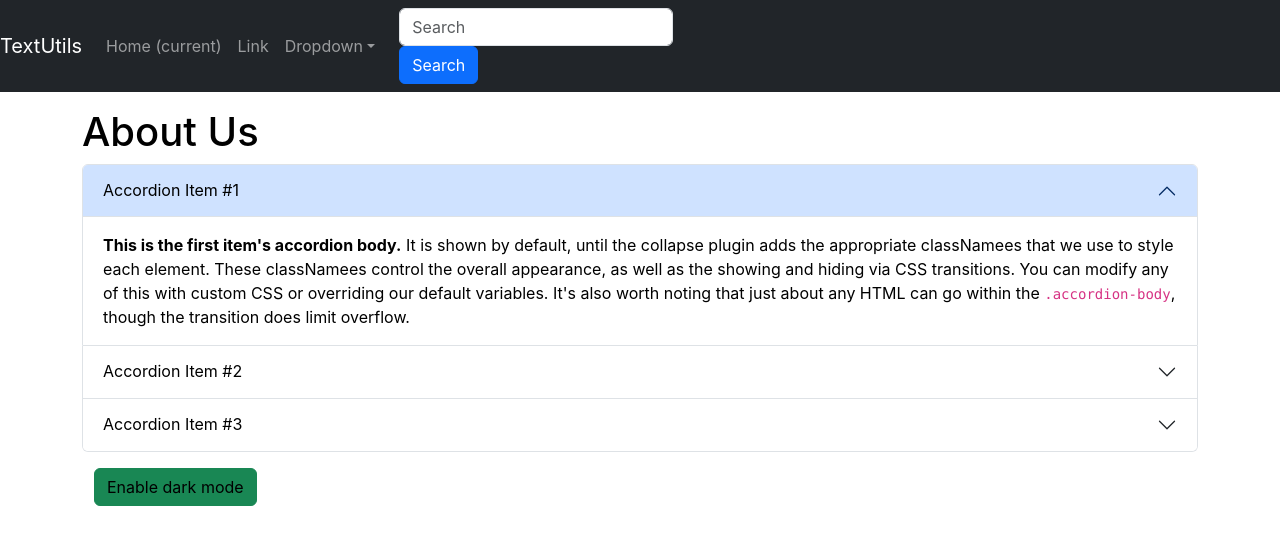
Repository: Aastha1035/React.navbar
Page: /
These files come from the project's save history. The page is drawn as it stood at one moment and after a run of saves; the edit follows.
The browser window is 1280 px wide. The pictures show the whole page.
The project was rebuilt for these pictures with package versions that can differ from the ones it lists, and the page was loaded fresh each time. Also part of the build but not shown: src/App.css.

Above is the page before, as saved 2024-07-17 17:38:13.

### public/index.html
<!DOCTYPE html>
<html lang="en">
  <head>
    <meta charset="utf-8" />
    <link rel="icon" href="%PUBLIC_URL%/favicon.ico" />
    <meta name="viewport" content="width=device-width, initial-scale=1" />
    <meta name="theme-color" content="#000000" />
    <meta
      name="description"
      content="Web site created using create-react-app"
    />
    <link rel="apple-touch-icon" href="%PUBLIC_URL%/logo192.png" />
    <!--
      manifest.json provides metadata used when your web app is installed on a
      user's mobile device or desktop. See https://developers.google.com/web/fundamentals/web-app-manifest/
    -->
    <link rel="manifest" href="%PUBLIC_URL%/manifest.json" />
    <!--
      Notice the use of %PUBLIC_URL% in the tags above.
      It will be replaced with the URL of the `public` folder during the build.
      Only files inside the `public` folder can be referenced from the HTML.

      Unlike "/favicon.ico" or "favicon.ico", "%PUBLIC_URL%/favicon.ico" will
      work correctly both with client-side routing and a non-root public URL.
      Learn how to configure a non-root public URL by running `npm run build`.
    -->
    <link href="https://cdn.jsdelivr.net/npm/bootstrap@5.3.3/dist/css/bootstrap.min.css" rel="stylesheet" integrity="sha384-QWTKZyjpPEjISv5WaRU9OFeRpok6YctnYmDr5pNlyT2bRjXh0JMhjY6hW+ALEwIH" crossorigin="anonymous">
    <title>React App</title>
  </head>
  <body>
    <noscript>You need to enable JavaScript to run this app.</noscript>
    <div id="root"></div>
    <!--
      This HTML file is a template.
      If you open it directly in the browser, you will see an empty page.

      You can add webfonts, meta tags, or analytics to this file.
      The build step will place the bundled scripts into the <body> tag.

      To begin the development, run `npm start` or `yarn start`.
      To create a production bundle, use `npm run build` or `yarn build`.
    -->
    <script src="https://cdn.jsdelivr.net/npm/bootstrap@5.3.3/dist/js/bootstrap.bundle.min.js"
    integrity="sha384-YvpcrYf0tY3lHB60NNkmXc5s9fDVZLESaAA55NDzOxhy9GkcIdslK1eN7N6jIeHz"
    crossorigin="anonymous"></script>
  </body>
</html>

### src/App.js

import './App.css';
import About from './components/About';
import Navbar from './components/Navbar';
//import Textform from './components/Textform';

function App() {
  return (
    <>
   < Navbar title="TextUtils"/>
   <div className="container my-3">
   {/*<Textform heading="Enter the text to analyse"/>*/}
   <About/>
   </div>

  </>
  );
}

export default App;

### src/components/About.js
import React, {useState} from 'react'

export default function About() {
    const [myStyle, setMyStyle] = useState({
        color: "black",
        backgroundColor: "color"
    })
  return (
    <div classNameName='container' style={myStyle}>
            <h1>About Us</h1>
        <div className="accordion" id="accordionExample" style={myStyle}>
    <div className="accordion-item">
        <h2 className="accordion-header" id="headingOne">
        <button className="accordion-button" type="button" data-bs-toggle="collapse" data-bs-target="#collapseOne" aria-expanded="true" aria-controls="collapseOne" style={myStyle}>
            Accordion Item #1
        </button>
        </h2>
        <div id="collapseOne" className="accordion-collapse collapse show" aria-labelledby="headingOne" data-bs-parent="#accordionExample">
        <div className="accordion-body" style={myStyle}>
            <strong>This is the first item's accordion body.</strong> It is shown by default, until the collapse plugin adds the appropriate classNamees that we use to style each element. These classNamees control the overall appearance, as well as the showing and hiding via CSS transitions. You can modify any of this with custom CSS or overriding our default variables. It's also worth noting that just about any HTML can go within the <code>.accordion-body</code>, though the transition does limit overflow.
        </div>
        </div>
    </div>
    <div className="accordion-item">
        <h2 className="accordion-header" id="headingTwo">
        <button className="accordion-button collapsed" type="button" data-bs-toggle="collapse" data-bs-target="#collapseTwo" aria-expanded="false" aria-controls="collapseTwo" style={myStyle}>
            Accordion Item #2
        </button>
        </h2>
        <div id="collapseTwo" className="accordion-collapse collapse" aria-labelledby="headingTwo" data-bs-parent="#accordionExample">
        <div className="accordion-body">
            <strong>This is the second item's accordion body.</strong> It is hidden by default, until the collapse plugin adds the appropriate classNamees that we use to style each element. These classNamees control the overall appearance, as well as the showing and hiding via CSS transitions. You can modify any of this with custom CSS or overriding our default variables. It's also worth noting that just about any HTML can go within the <code>.accordion-body</code>, though the transition does limit overflow.
        </div>
        </div>
    </div>
    <div className="accordion-item">
        <h2 className="accordion-header" id="headingThree">
        <button className="accordion-button collapsed" type="button" data-bs-toggle="collapse" data-bs-target="#collapseThree" aria-expanded="false" aria-controls="collapseThree" style={myStyle}>
            Accordion Item #3
        </button>
        </h2>
        <div id="collapseThree" className="accordion-collapse collapse" aria-labelledby="headingThree" data-bs-parent="#accordionExample">
        <div className="accordion-body" style={myStyle}>
            <strong>This is the third item's accordion body.</strong> It is hidden by default, until the collapse plugin adds the appropriate classNamees that we use to style each element. These classNamees control the overall appearance, as well as the showing and hiding via CSS transitions. You can modify any of this with custom CSS or overriding our default variables. It's also worth noting that just about any HTML can go within the <code>.accordion-body</code>, though the transition does limit overflow.
        </div>
        </div>
    </div>
</div>
    <div className="container my-3">
        <button type="button" className="btn btn-success" style={myStyle}>Enable dark mode</button>
    </div>
    </div>
  )
}

### src/components/Navbar.js
import React from 'react'

export default function Navbar(props) {
  return (
    <nav className="navbar navbar-expand-lg navbar-dark bg-dark">
  <a className="navbar-brand" href="#">{props.title}</a>
  <button className="navbar-toggler" type="button" data-toggle="collapse" data-target="#navbarSupportedContent" aria-controls="navbarSupportedContent" aria-expanded="false" aria-label="Toggle navigation">
    <span className="navbar-toggler-icon"></span>
  </button>

  <div className="collapse navbar-collapse" id="navbarSupportedContent">
    <ul className="navbar-nav mr-auto">
      <li className="nav-item active">
        <a className="nav-link" href="#">Home <span className="sr-only">(current)</span></a>
      </li>
      <li className="nav-item">
        <a className="nav-link" href="#">Link</a>
      </li>
      <li className="nav-item dropdown">
        <a className="nav-link dropdown-toggle" href="#" id="navbarDropdown" role="button" data-toggle="dropdown" aria-haspopup="true" aria-expanded="false">
          Dropdown
        </a>
        <div className="dropdown-menu" aria-labelledby="navbarDropdown">
          <a className="dropdown-item" href="#">Action</a>
          <a className="dropdown-item" href="#">Another action</a>
          <div className="dropdown-divider"></div>
          <a className="dropdown-item" href="#">Something else here</a>
        </div>
      </li>
      <li className="nav-item">
        <a className="nav-link disabled" href="#">{props.aboutText}</a>
      </li>
    </ul>
    <form className="form-inline my-2 my-lg-0">
      <input className="form-control mr-sm-5" type="search" placeholder="Search" aria-label="Search"/>
      <button className="btn btn-primary my-2 my-sm-0" type="submit">Search</button>
    </form>
  </div>
</nav>
  )
}

Loaded but not shown: src/index.js (common file); src/index.css (common file); src/reportWebVitals.js (common file)

After the next 2 saves:
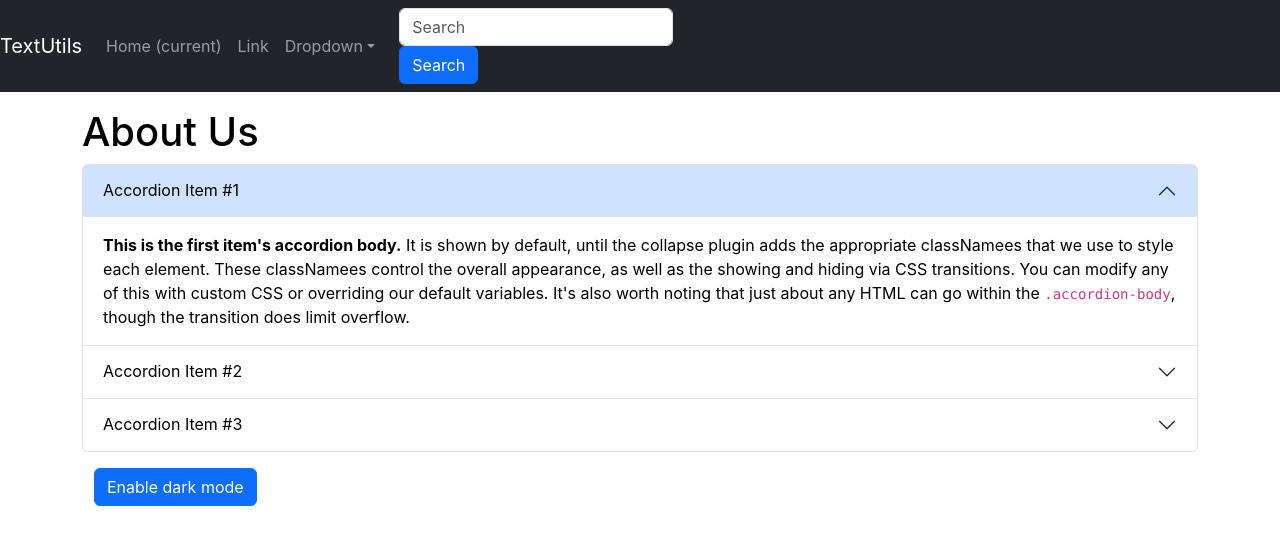
The 2 saves are shown as one change because 1 did not build or start.
The last was saved 11 min 34 s later.
--- a/src/components/About.js
+++ b/src/components/About.js
@@ -5,6 +5,22 @@ export default function About() {
         color: "black",
         backgroundColor: "color"
     })
+    const
+
+    toggleStyle = ()=>{
+        if(myStyle.color=="white"){
+            setMyStyle({
+                color: 'black',
+                backgroundColor: "white"
+            })
+        }
+        else{
+            setMyStyle({
+                color: "white",
+                backgroundColor: "black"
+            })
+        }
+    }
   return (
     <div classNameName='container' style={myStyle}>
             <h1>About Us</h1>
@@ -47,7 +63,7 @@ export default function About() {
     </div>
 </div>
     <div className="container my-3">
-        <button type="button" className="btn btn-success" style={myStyle}>Enable dark mode</button>
+        <button type="button" onClick={toggleStyle}  className='btn btn-primary'>Enable dark mode</button>
     </div>
     </div>
   )
